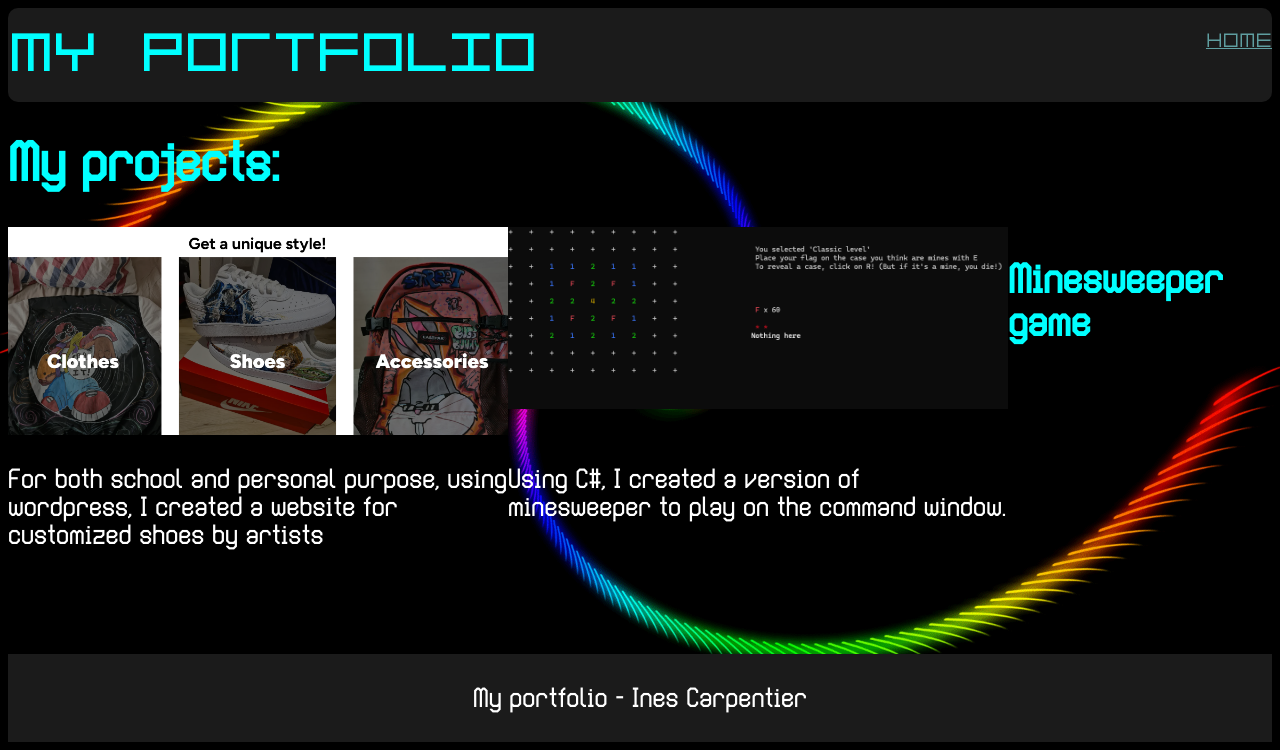
Repository: InsCarp/InsCarp
Page: project.html
The author's editor kept a copy of each file at every save. The page is drawn from the files as they stood at one save, then again after the next save.
The browser window is 1280 px wide. The pictures show the whole page.
Backgrounds fixed to the window are drawn as part of the page.

Above is the page before, as saved 2026-05-12 10:36:31.

After the next save:
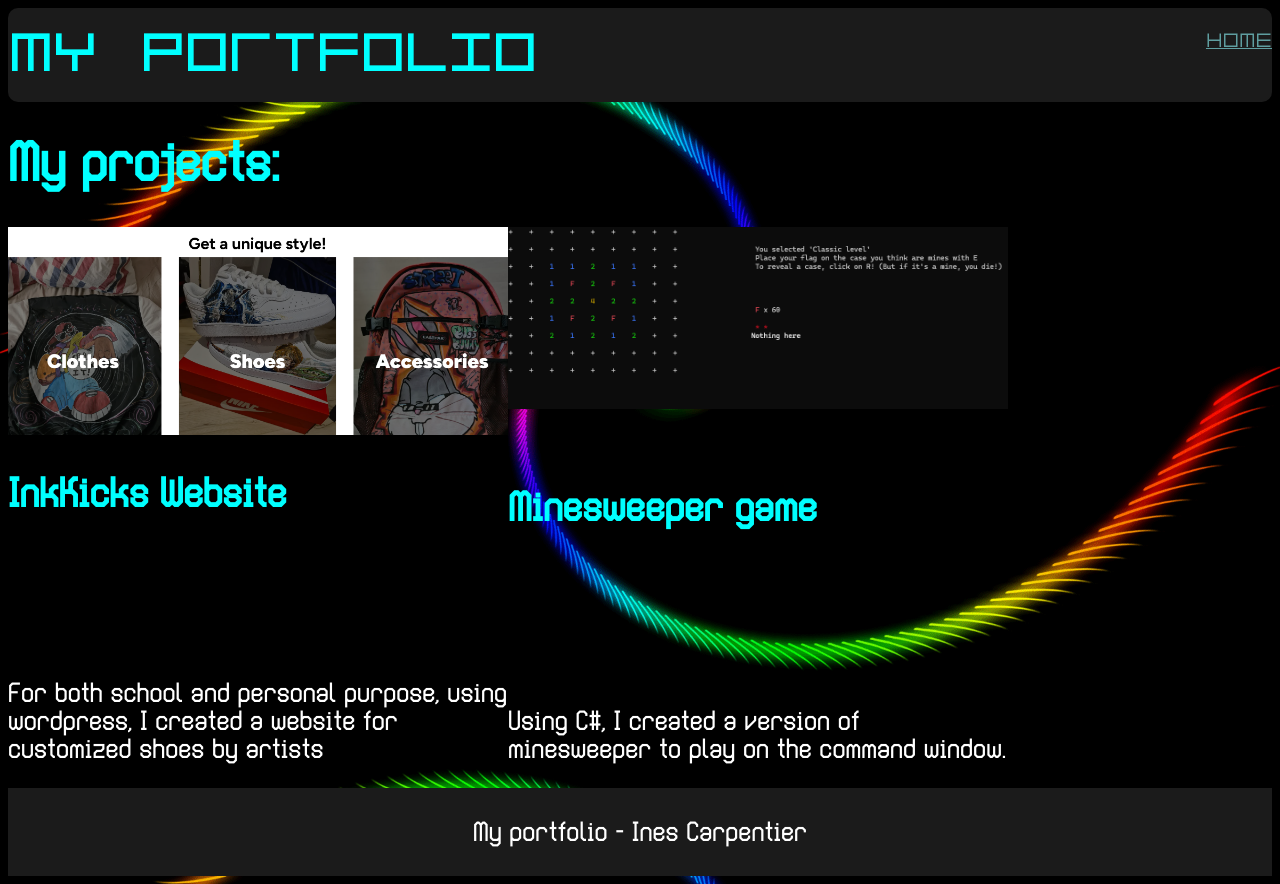
Saved 4 min 35 s later.
--- a/styles/project.css
+++ b/styles/project.css
@@ -34,7 +34,7 @@ article {
 article {
     width: 20rem;
     display: grid;
-    grid-template-columns: 1fr 1fr;
+    grid-template-columns: 1fr;
     grid-template-rows: 1fr 1fr;
 }
 
